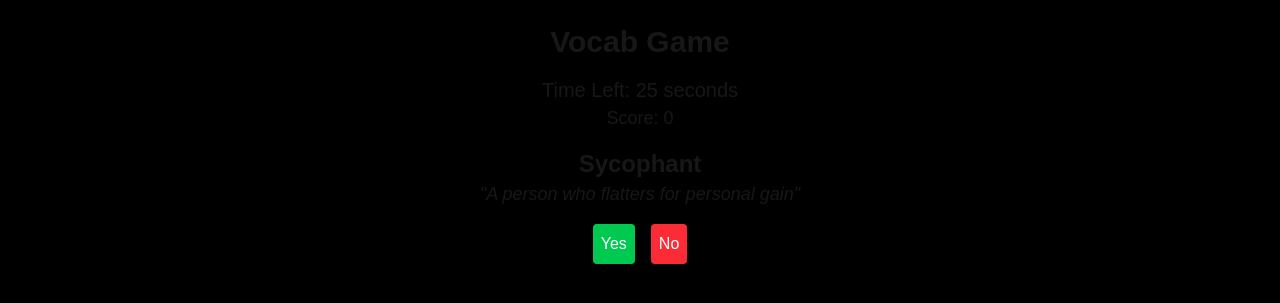
Repository: oxniw/bio-vocab
Page: /game
The author's editor kept a copy of each file at every save. The page is drawn from the files as they stood at one save, then again after the next save.
The browser window is 1280 px wide. The pictures show the whole page.
The project was rebuilt for these pictures with package versions that can differ from the ones it lists, and the page was loaded fresh each time. The framework's server and built-in components were replaced by stand-ins that run in the browser. Also part of the build but not shown: next.config.ts.

Above is the page before, as saved 2025-04-03 22:17:49.

After the next save:
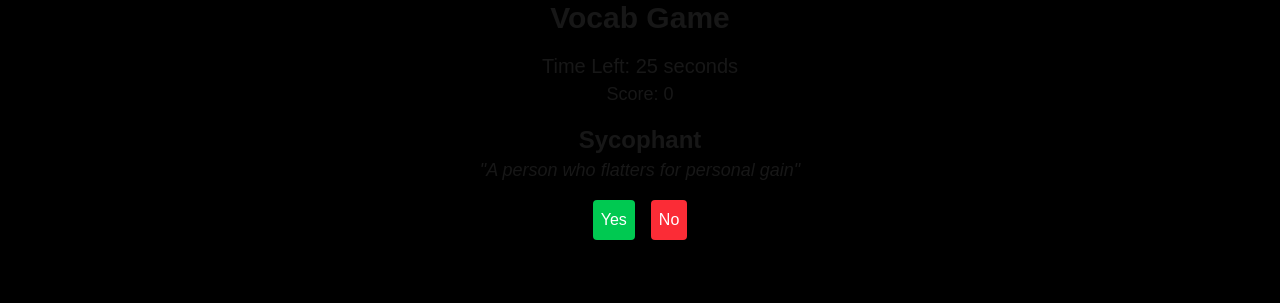
Saved 6 s later.
--- a/src/app/game/page.jsx
+++ b/src/app/game/page.jsx
@@ -53,7 +53,7 @@
   }
 
   return (
-    <div className="flex flex-col items-center p-6 bg-black h-screen ">
+    <div className="flex flex-col items-center bg-black h-screen ">
 
       <h1 className="text-3xl font-bold mb-4">Vocab Game</h1>
       <p className="text-xl">Time Left: {timeLeft} seconds</p>
